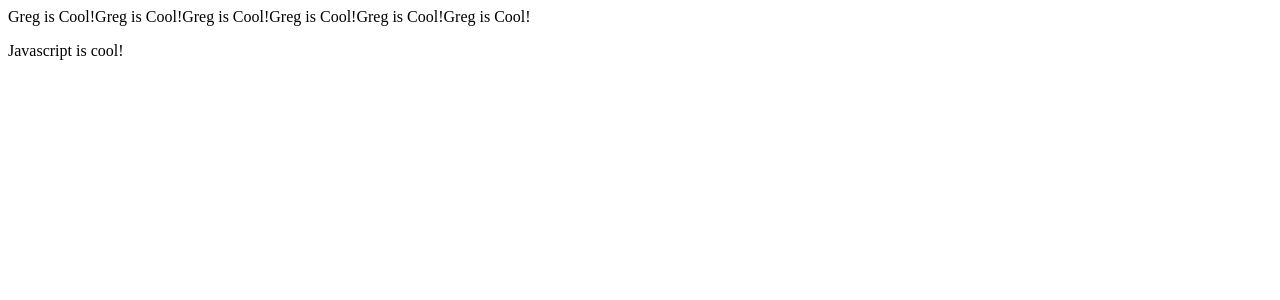
Repository: gregpuzzles1/workspace
Page: Javascript/WebContent/Euler-Javascript.html
The author's editor kept a copy of each file at every save. The page is drawn from the files as they stood at one save, then again after the next save.
The browser window is 1280 px wide. The pictures show the whole page.

Above is the page before, as saved 2012-10-31 21:46:41.

### Javascript/WebContent/Euler-Javascript.html
<!DOCTYPE html>
<html lang="en">
	<head>
		<meta charset="utf-8">
		<title>Project Euler</title>
		<script type="text/javascript" src="../test.js"></script>
	</head>
	<body>
		<p>Javascript is cool!</p>
	</body>
</html>

### Javascript/test.js
writeThis(5);

/*var number = 600851475143;
var x = new Array;
x = getListOfPrimes(number);
document.write(isPrime(5));

for(var i = 0; i <= x.length; i++){
	if(number % x[i] == 0){
		document.write("x[i] = ", x[i], "<br \>");
		var ii = 1 + 1;
	}
}

function int(a) { return Math.floor(a); }

function getListOfPrimes(end){
	var lstInt = new Array;
	lstInt.push(2);
	var sqI = int(Math.sqrt(end));
	for(var i = 3; i < sqI; i++){
		if(isPrime(i)){
			lstInt.push(i);
		}
	}
	return lstInt;
}

function isPrime(n){
	var k = int(Math.sqrt(n));
	if(n == 1){
		return false;
	}
	if(n == 2){
		return true;
	}
	for(var i = 2; i <= k; i++){
		if(n % i == 0){
			return false;
		}
	}
	return true;
}
*/
function writeThis(n){
	for(var i = 0; i <= n; i++){
		document.write("Greg is Cool!");
	}

}

After the next save:
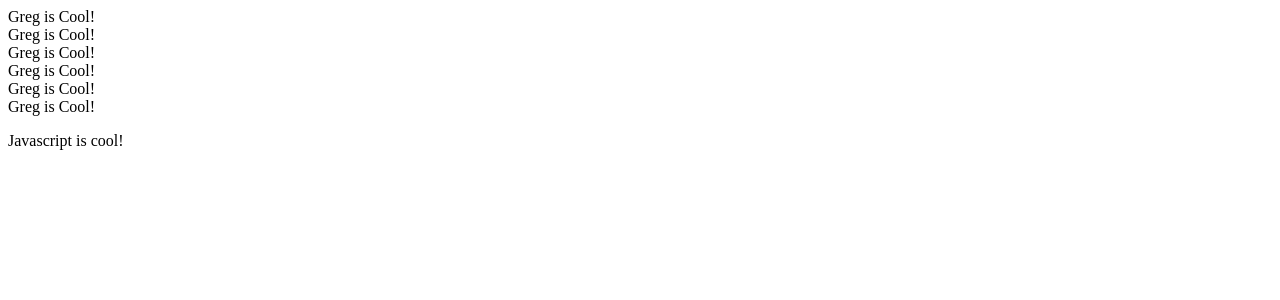
Saved 21 s later.
--- a/Javascript/test.js
+++ b/Javascript/test.js
@@ -44,7 +44,7 @@ function isPrime(n){
 */
 function writeThis(n){
 	for(var i = 0; i <= n; i++){
-		document.write("Greg is Cool!");
+		document.write("Greg is Cool!", "<br />");
 	}
 
 }
